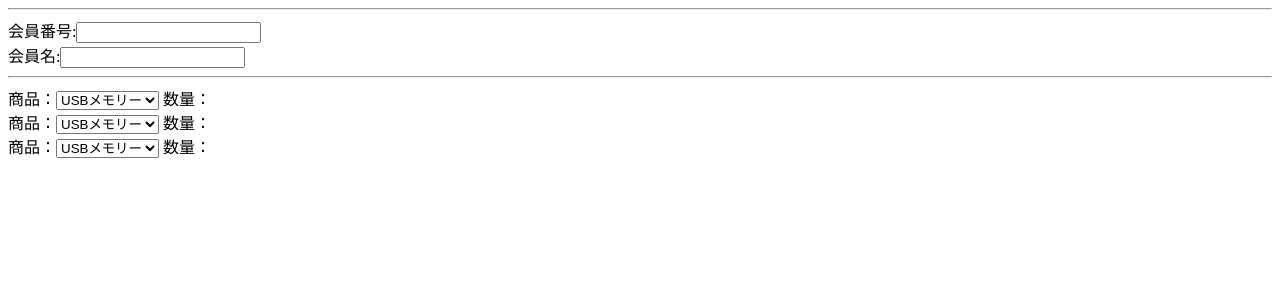
Repository: aiueo20/18ca0155
Page: SSP/kadai0204/WebContent/index.html
These files come from the project's save history. The page is drawn as it stood at one moment and after the next save; the edit follows.
The browser window is 1280 px wide. The pictures show the whole page.

Above is the page before, as saved 2018-11-26 07:37:29.

After the next save:
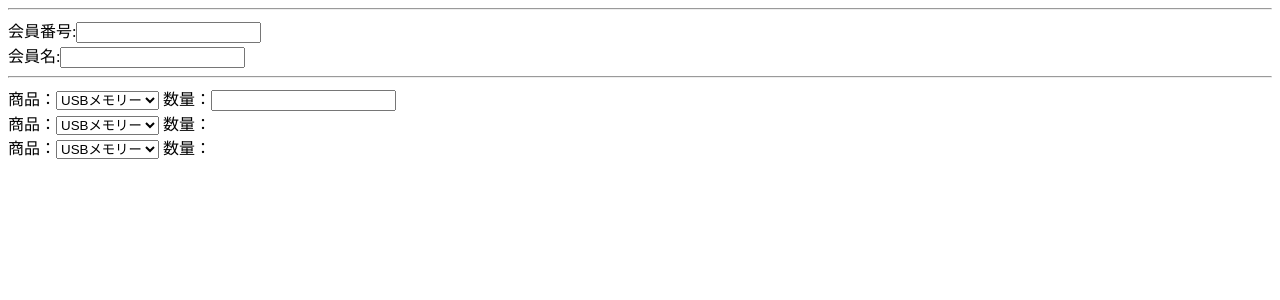
Saved 20 s later.
--- a/SSP/kadai0204/WebContent/index.html
+++ b/SSP/kadai0204/WebContent/index.html
@@ -14,7 +14,7 @@
 		<option>USBメモリー</option>
 		<option>マウス</option>
 	　</select>
-数量：
+数量：<input type="text" name="suuryou1">
 <br>
 商品：<select name="product1">
 		<option>USBメモリー</option>
